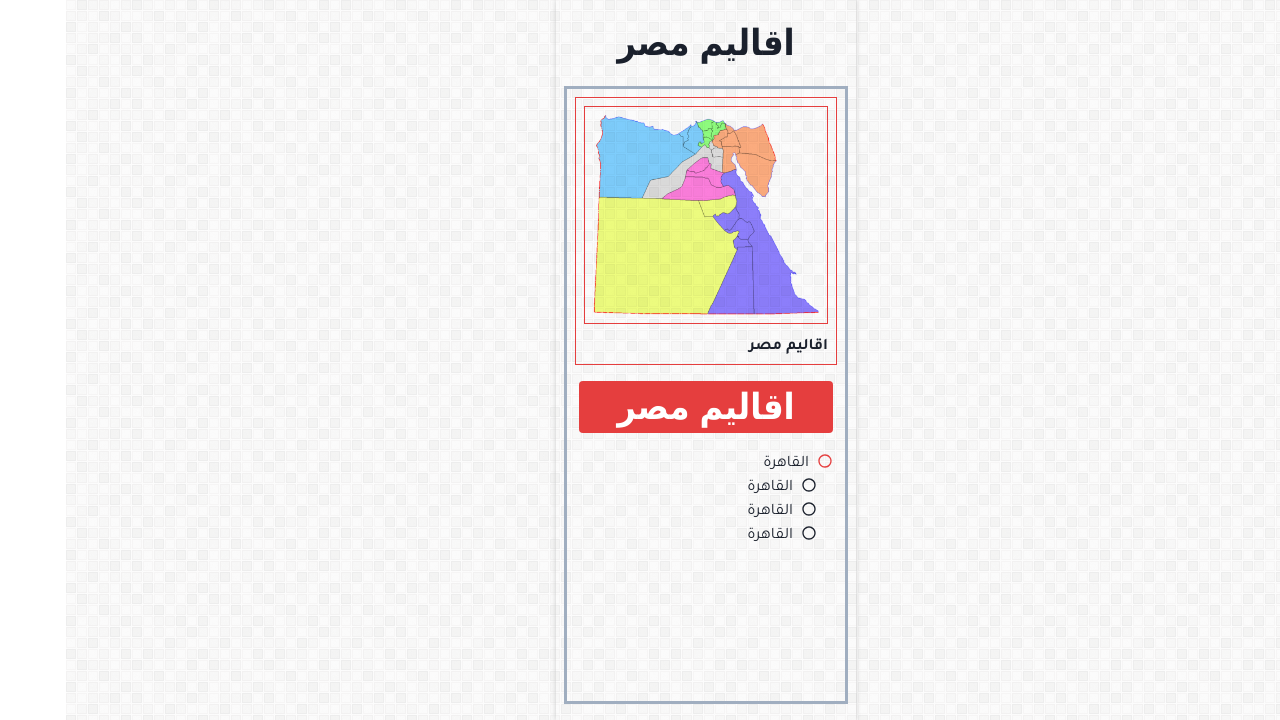
Repository: ahmed-mohamed-eng/egypt-gov-map
Page: /
The author's editor kept a copy of each file at every save. The page is drawn from the files as they stood at one save, then again after the next save.
The browser window is 1280 px wide. The pictures show the whole page.
Some web fonts or font styles are not loaded; a fallback is used. The project was rebuilt for these pictures with package versions that can differ from the ones it lists, and the page was loaded fresh each time. The framework's server and built-in components were replaced by stand-ins that run in the browser. Also part of the build but not shown: next.config.js.

Above is the page before, as saved 2022-05-30 13:37:41.

After the next save:
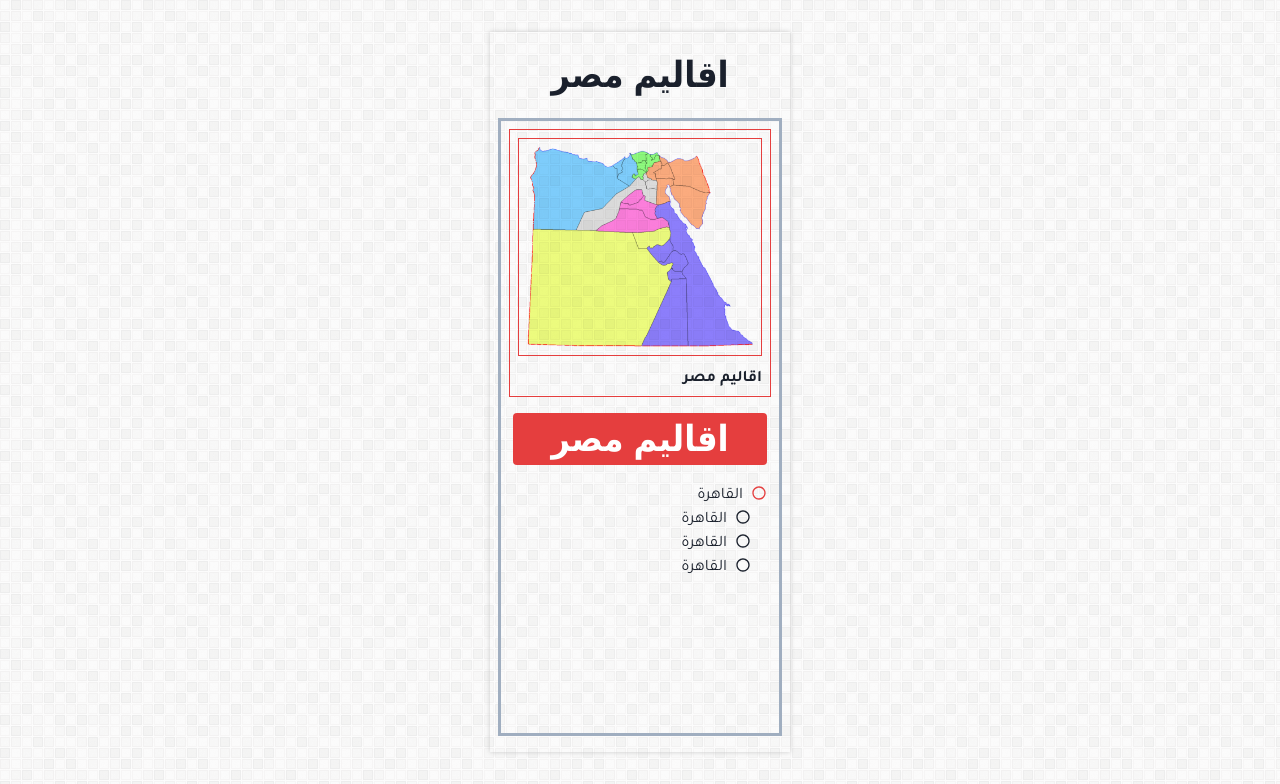
Saved 13 s later.
--- a/components/PageContainer/PageContainer.tsx
+++ b/components/PageContainer/PageContainer.tsx
@@ -5,7 +5,7 @@ import { Center, Flex, VStack } from "@chakra-ui/react";
 export const PageContainer = (props: any) => {
   return (
     <Flex backgroundImage={`url(../../images/backgroundImage.png)`}>
-      <Center w="full" h="full">
+      <Center w="full" h="full" py="2rem">
         <VStack
           width={["300px"]}
           minH="100vh"
